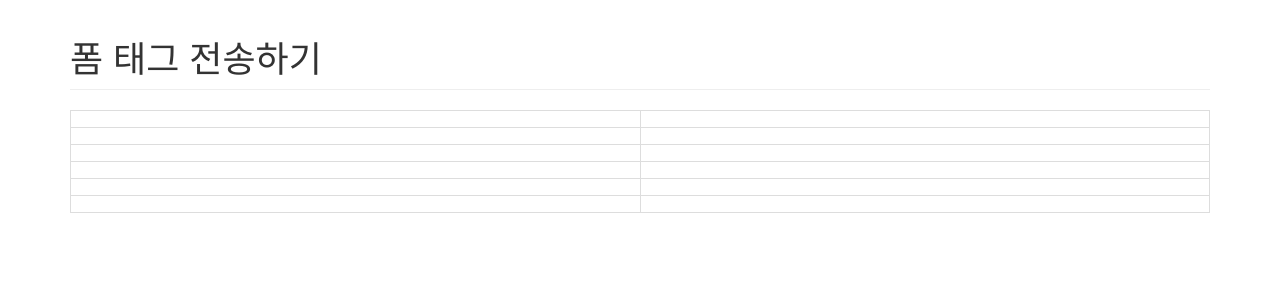
Repository: kimgyuseok/Server
Page: http://localhost/JSPTest/ex04.jsp
These files come from the project's save history. The page is drawn as it stood at one moment and after the next save; the edit follows.
The browser window is 1280 px wide. The pictures show the whole page.
The page is served by Tomcat 9.

Above is the page before, as saved 2022-01-06 03:33:51.

After the next save:
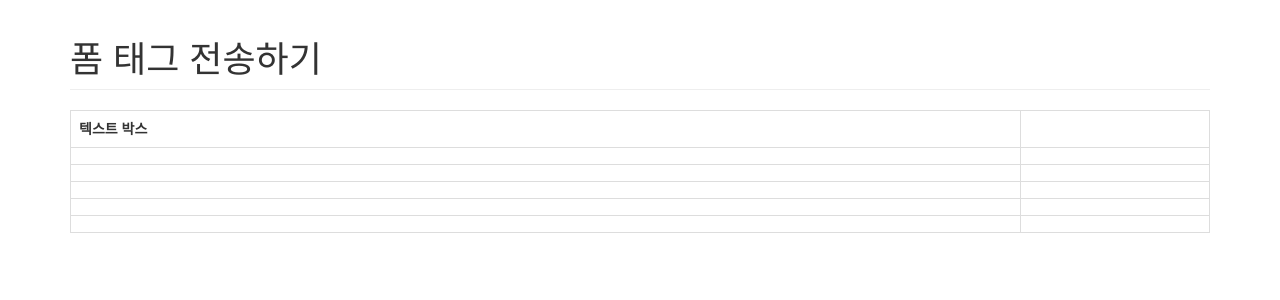
Saved 13 s later.
--- a/JSPTest/src/main/webapp/ex04.jsp
+++ b/JSPTest/src/main/webapp/ex04.jsp
@@ -17,7 +17,7 @@
 
 		<table class="table table-bordered">
 			<tr>
-				<th></th>
+				<th>텍스트 박스</th>
 				<td></td>
 			</tr>
 			<tr>
